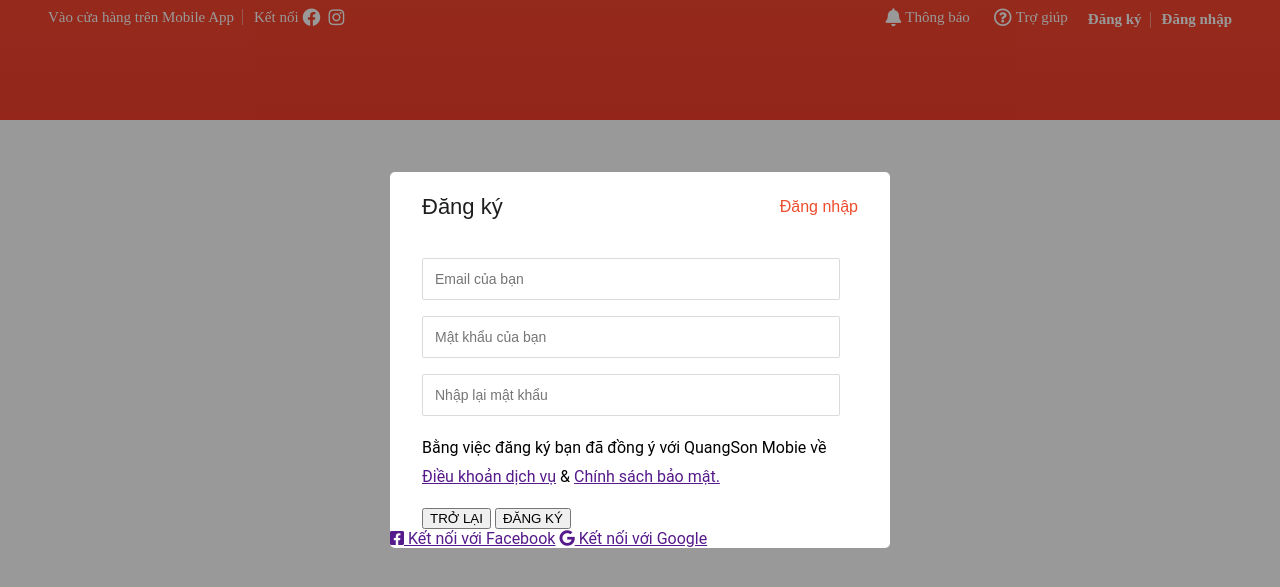
Repository: Qson412/BTL_Web
Page: index.html
These files come from the project's save history. The page is drawn as it stood at one moment and after the next save; the edit follows.
The browser window is 1280 px wide. The pictures show the whole page.

Above is the page before, as saved 2021-11-29 11:34:19.

After the next save:
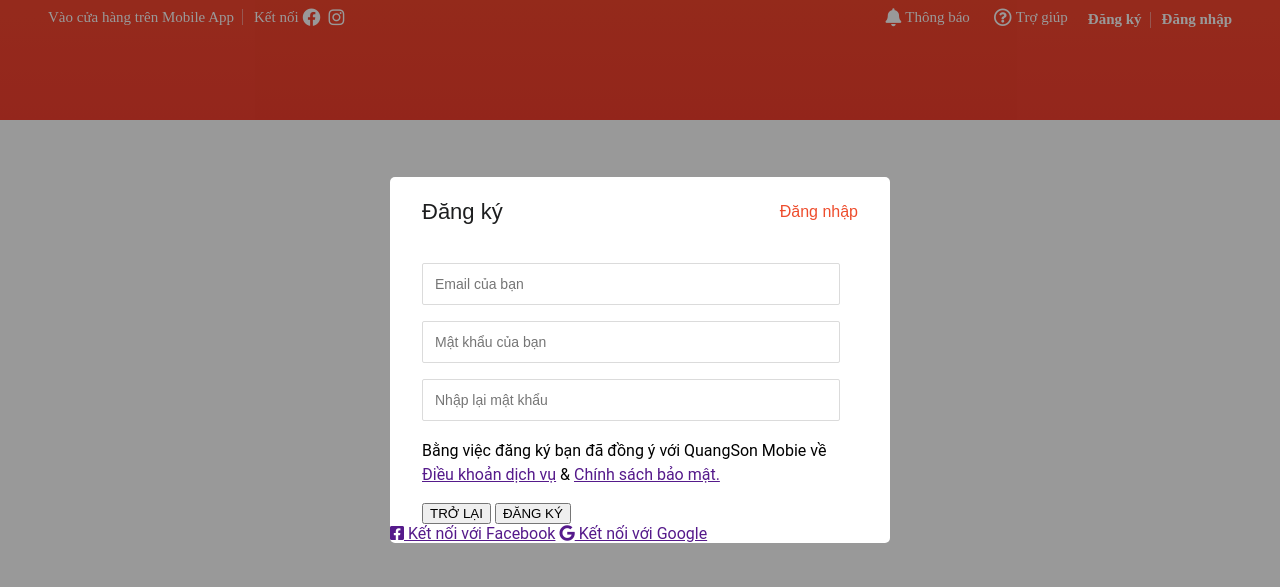
Saved 6 s later.
--- a/main.css
+++ b/main.css
@@ -286,5 +286,5 @@
 
 .auth-form__policy-text{
     font-size: 1rem;
-    line-height: 1.8rem;
-}
+    line-height: 1.5rem;
+}
